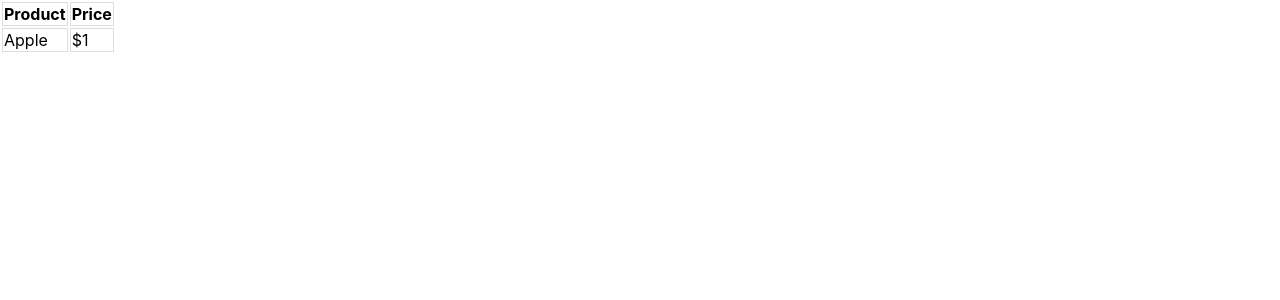
Repository: mariocapitbrok/reactjs-learn
Page: / (app in 05_filtered-data-table/)
The author's editor kept a copy of each file at every save. The page is drawn from the files as they stood at one save, then again after the next save.
The browser window is 1280 px wide. The pictures show the whole page.
The project was rebuilt for these pictures with package versions that can differ from the ones it lists, and the page was loaded fresh each time.

Above is the page before, as saved 2023-02-25 20:23:02.

### 05_filtered-data-table/src/App.js
import ProductRow from './components/ProductRow'
import './App.css'

function App() {
  return (
    <div className="App">
      <ProductRow />
    </div>
  )
}

export default App

### 05_filtered-data-table/src/components/ProductRow.jsx
import styled from 'styled-components'

function ProducTrow() {
  const product = {
    category: 'Fruits',
    price: '$1',
    stocked: true,
    name: 'Apple',
  }

  return (
    <Table>
      <Thead>
        <Tr>
          <Th>Product</Th>
          <Th>Price</Th>
        </Tr>
      </Thead>
      <Tbody>
        <Tr>
          <Td>{product.name}</Td>
          <Td>{product.price}</Td>
        </Tr>
      </Tbody>
    </Table>
  )
}

const Table = styled.table.attrs(props => ({
  id: 'products',
}))``
const Thead = styled.thead.attrs(props => ({}))``
const Tbody = styled.tbody.attrs(props => ({}))``
const Tr = styled.tr.attrs(props => ({}))``
const Th = styled.th.attrs(props => ({}))``
const Td = styled.td.attrs(props => ({}))``

export default ProducTrow

### 05_filtered-data-table/src/App.css
#products th, #products td {
  border: 1px solid #ddd
}

Loaded but not shown: 05_filtered-data-table/public/index.html (common file); 05_filtered-data-table/src/index.js (common file); 05_filtered-data-table/src/index.css (common file); 05_filtered-data-table/src/reportWebVitals.js (common file)

After the next save:
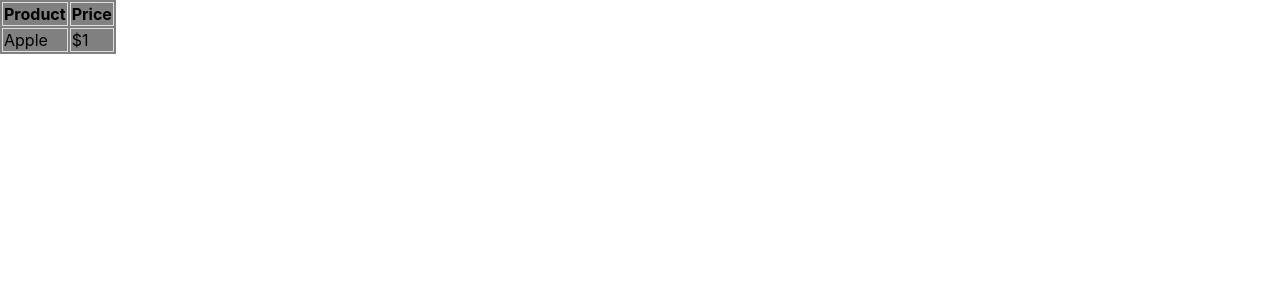
Saved 3 min 16 s later.
--- a/05_filtered-data-table/src/components/ProductRow.jsx
+++ b/05_filtered-data-table/src/components/ProductRow.jsx
@@ -28,7 +28,9 @@
 
 const Table = styled.table.attrs(props => ({
   id: 'products',
-}))``
+}))`
+  background: grey;
+`
 const Thead = styled.thead.attrs(props => ({}))``
 const Tbody = styled.tbody.attrs(props => ({}))``
 const Tr = styled.tr.attrs(props => ({}))``

After the save that followed:
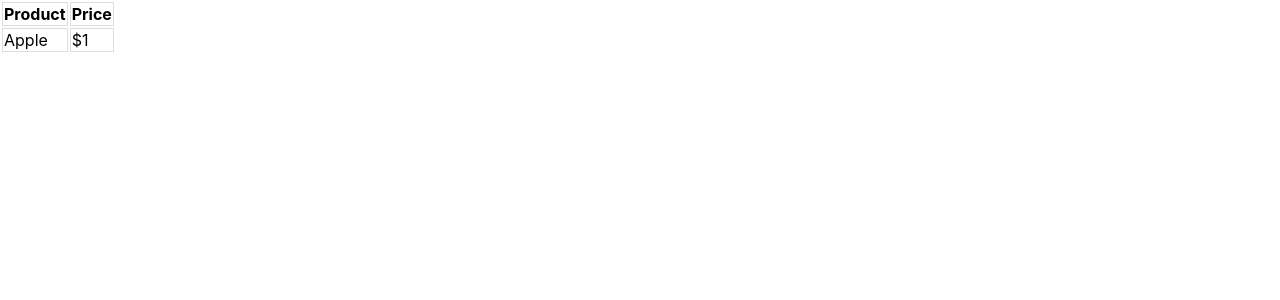
Saved 38 s later.
--- a/05_filtered-data-table/src/components/ProductRow.jsx
+++ b/05_filtered-data-table/src/components/ProductRow.jsx
@@ -28,9 +28,7 @@
 
 const Table = styled.table.attrs(props => ({
   id: 'products',
-}))`
-  background: grey;
-`
+}))``
 const Thead = styled.thead.attrs(props => ({}))``
 const Tbody = styled.tbody.attrs(props => ({}))``
 const Tr = styled.tr.attrs(props => ({}))``
